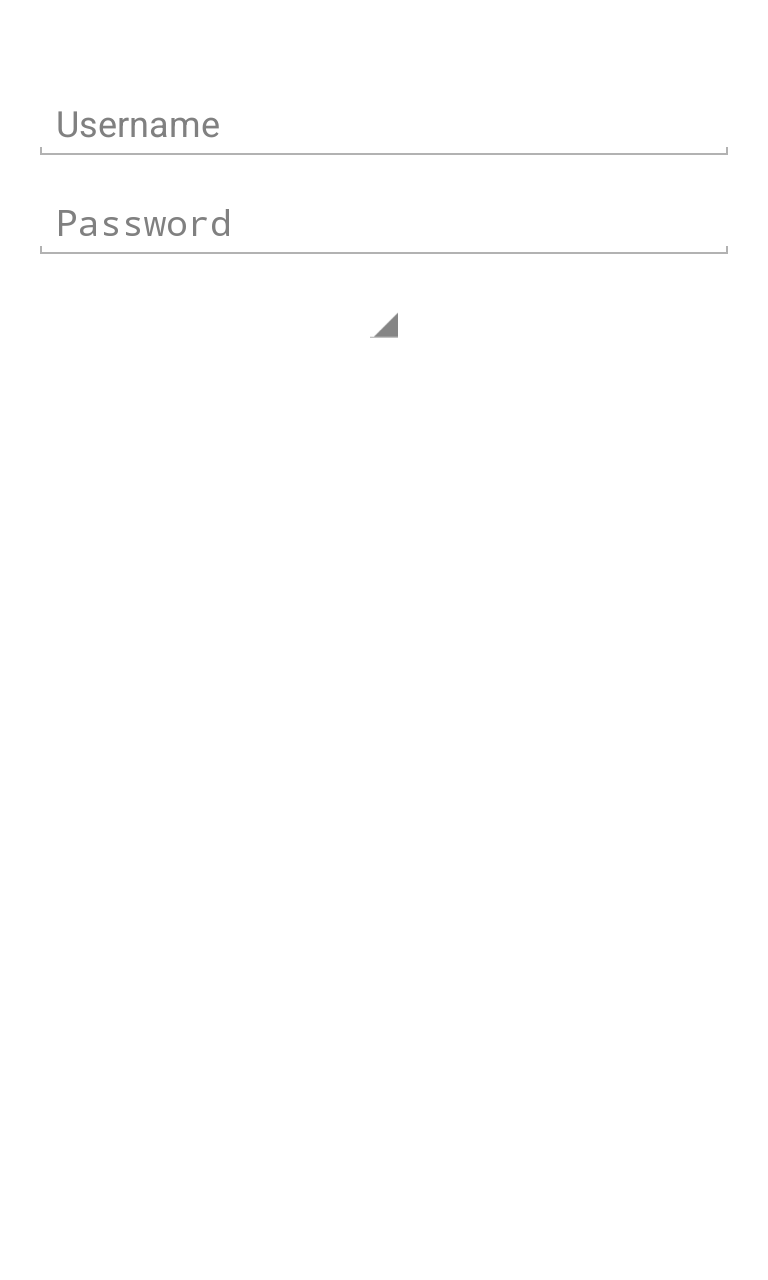
Repository: LennoxAlexion/UID
Layout: Android App/Uid-Project/res/layout/activity_login.xml
An editor plug-in stored every save of this project. The layout is shown before and after a run of saves, followed by the edit.
It is drawn on a 768 x 1280 px phone screen (xhdpi) without system bars, with theme AppTheme; the app's code is not run.

Above is the layout before, as saved 2015-03-27 16:26:23.

### Android App/Uid-Project/res/layout/activity_login.xml
<RelativeLayout xmlns:android="http://schemas.android.com/apk/res/android"
    xmlns:tools="http://schemas.android.com/tools"
    android:layout_width="match_parent"
    android:layout_height="match_parent"
    android:paddingBottom="@dimen/activity_vertical_margin"
    android:paddingLeft="@dimen/activity_horizontal_margin"
    android:paddingRight="@dimen/activity_horizontal_margin"
    android:paddingTop="@dimen/activity_vertical_margin"
    tools:context="aaap.uid_project.LoginActivity" >

    <EditText
        android:id="@+id/ET_Username"
        android:layout_width="fill_parent"
        android:layout_height="wrap_content"
        android:layout_alignParentTop="true"
        android:layout_centerHorizontal="true"
        android:layout_marginTop="26dp"
        android:ems="10"
        android:hint="Username" >

    </EditText>
    <EditText
        android:id="@+id/ET_Password"
        android:layout_width="fill_parent"
        android:layout_height="wrap_content"
        android:layout_below="@id/ET_Username"
        android:layout_centerHorizontal="true"
        android:layout_marginTop="10dp"
        android:ems="10"
        android:hint="Password"
        android:inputType="textPassword">

    </EditText>

    <Spinner
        android:id="@+id/DropDown_Roles"
        android:layout_width="wrap_content"
        android:layout_height="wrap_content"
        android:layout_below="@id/ET_Password"
        android:layout_centerHorizontal="true"
        android:layout_marginTop="10dp" />

</RelativeLayout>

Loaded but not shown: Android App/Uid-Project/res/values/styles.xml (common file); Android App/Uid-Project/res/values-v11/styles.xml (common file); Android App/Uid-Project/res/values-v14/styles.xml (common file); Android App/Uid-Project/res/values-v21/styles.xml (common file); Android App/Uid-Project/res/values/dimens.xml (common file); Android App/Uid-Project/res/values-w820dp/dimens.xml (common file)

After the next 2 saves:
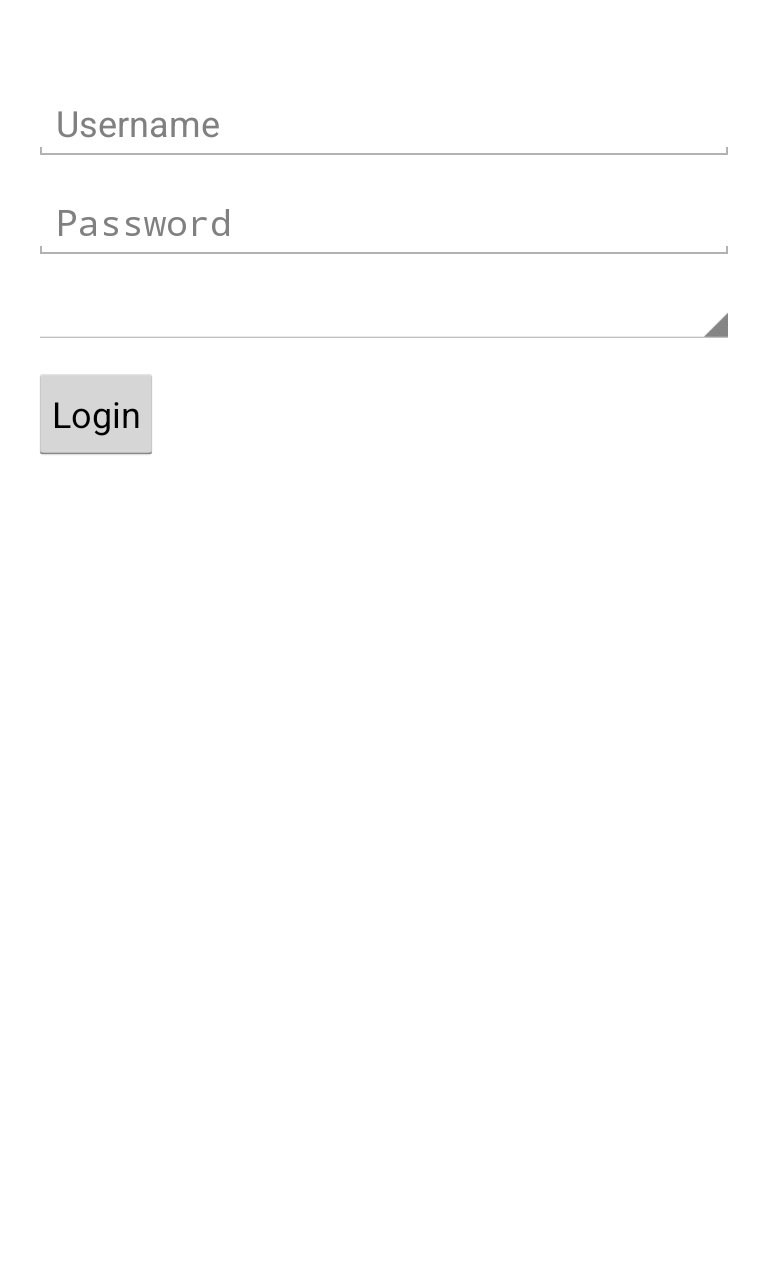
The 2 saves are shown as one change because 1 did not build or start.
The last was saved 2 min 17 s later.
--- a/Android App/Uid-Project/res/layout/activity_login.xml
+++ b/Android App/Uid-Project/res/layout/activity_login.xml
@@ -34,10 +34,19 @@
 
     <Spinner
         android:id="@+id/DropDown_Roles"
-        android:layout_width="wrap_content"
+        android:layout_width="fill_parent"
         android:layout_height="wrap_content"
         android:layout_below="@id/ET_Password"
         android:layout_centerHorizontal="true"
         android:layout_marginTop="10dp" />
 
+    <Button
+        android:id="@+id/Button_Login"
+        android:layout_width="wrap_content"
+    	android:layout_height="wrap_content"
+    	android:text="Login"
+    	android:padding="5dp"
+    	android:layout_below="@id/DropDown_Roles"
+    	android:layout_marginTop="10dp"
+    	/>
 </RelativeLayout>
